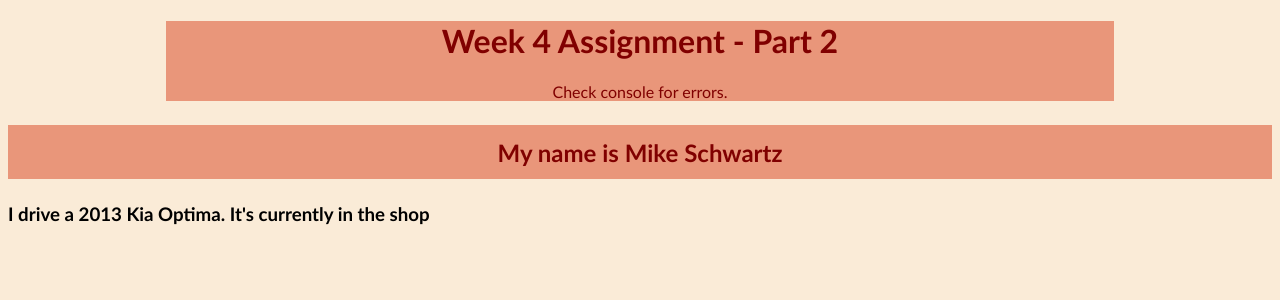
Repository: Ellusionism/prime-pw-week-4-assignment-part-2
Page: assignment/index.html
An editor plug-in stored every save of this project. The page is shown before and after the next save, followed by the edit.
The browser window is 1280 px wide. The pictures show the whole page.

Above is the page before, as saved 2022-11-16 18:05:45.

After the next save:
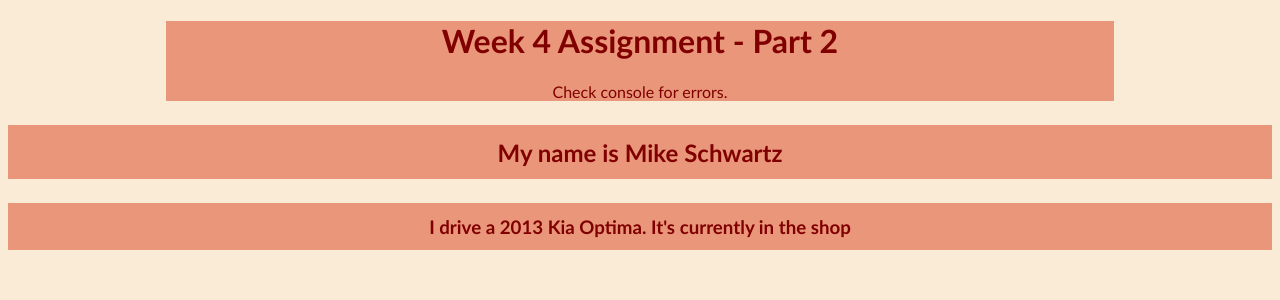
Saved 4 s later.
--- a/assignment/index.html
+++ b/assignment/index.html
@@ -15,6 +15,6 @@
   <div>
     <h2 class="nameInfo, info"> My name is Mike Schwartz </h2>
   </div>
-  <h3 class="carInfo">I drive a 2013 Kia Optima. It's currently in the shop</h3>
+  <h3 class="carInfo, info">I drive a 2013 Kia Optima. It's currently in the shop</h3>
   </body>
 </html>

After the 3 saves that followed:
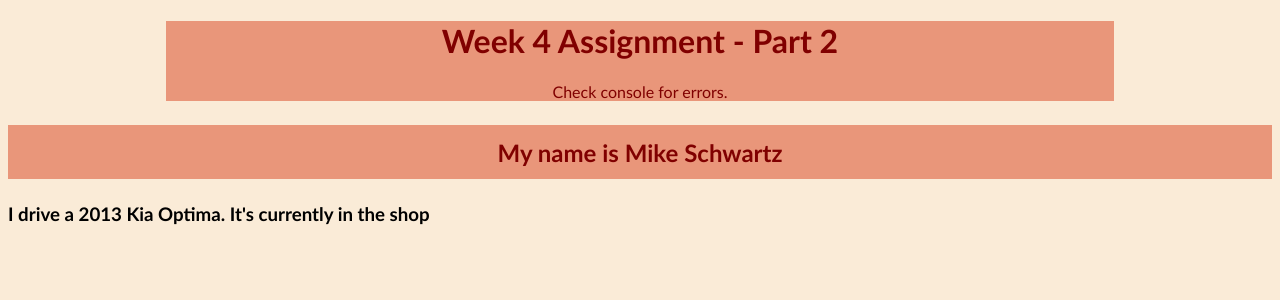
The 3 saves are shown as one change because they came seconds apart.
The last was saved 12 s later.
--- a/assignment/index.html
+++ b/assignment/index.html
@@ -15,6 +15,6 @@
   <div>
     <h2 class="nameInfo, info"> My name is Mike Schwartz </h2>
   </div>
-  <h3 class="carInfo, info">I drive a 2013 Kia Optima. It's currently in the shop</h3>
+  <h3 class="info, carInfo">I drive a 2013 Kia Optima. It's currently in the shop</h3>
   </body>
 </html>
